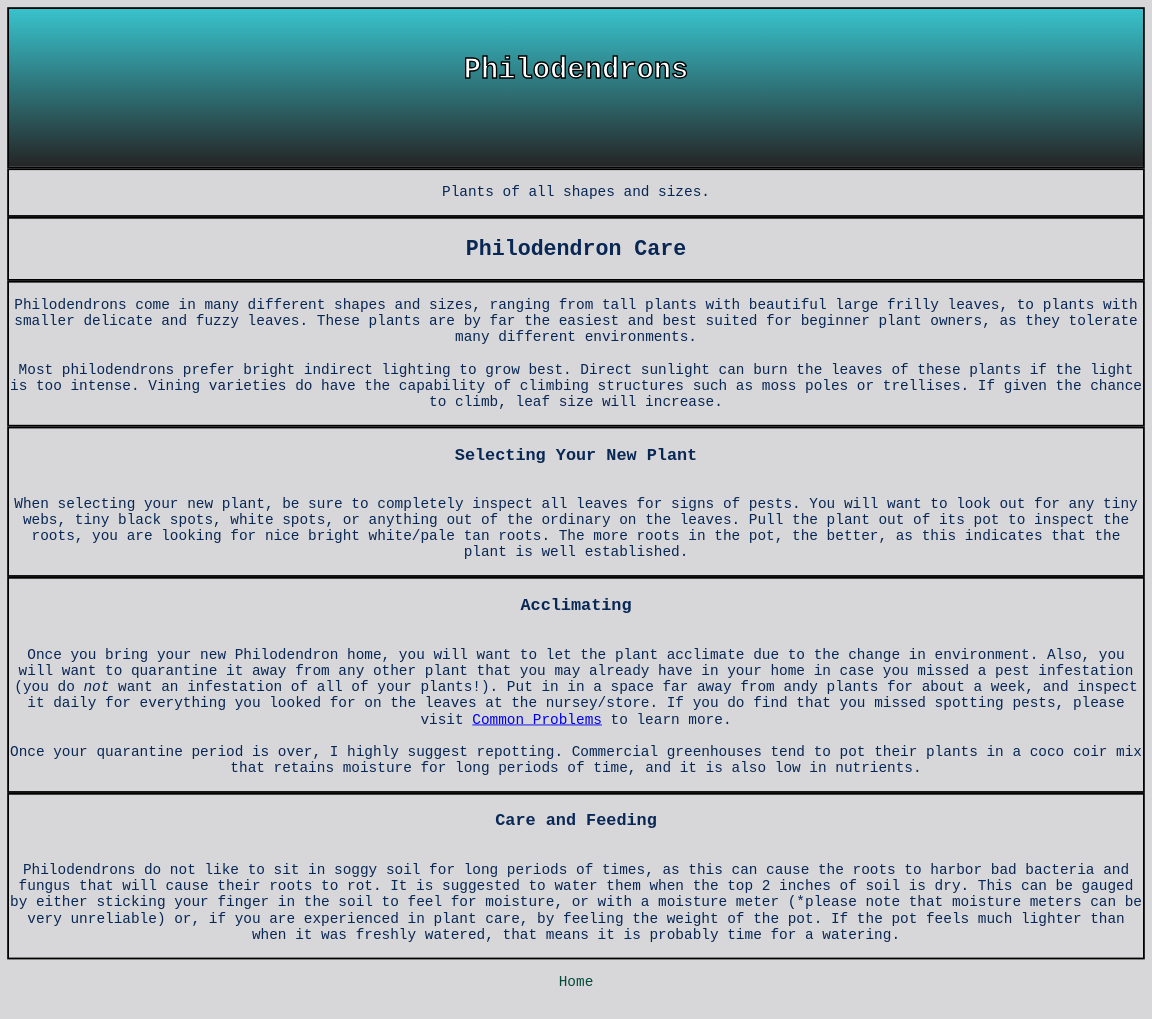
Repository: swillis91/odin-recipies
Page: Planty Page/philodendrons.html
An editor plug-in stored every save of this project. The page is shown before and after the next save, followed by the edit.
The browser window is 1280 px wide. The pictures show the whole page, at 90% of full size.

Above is the page before, as saved 2023-08-14 23:55:03.

After the next save:
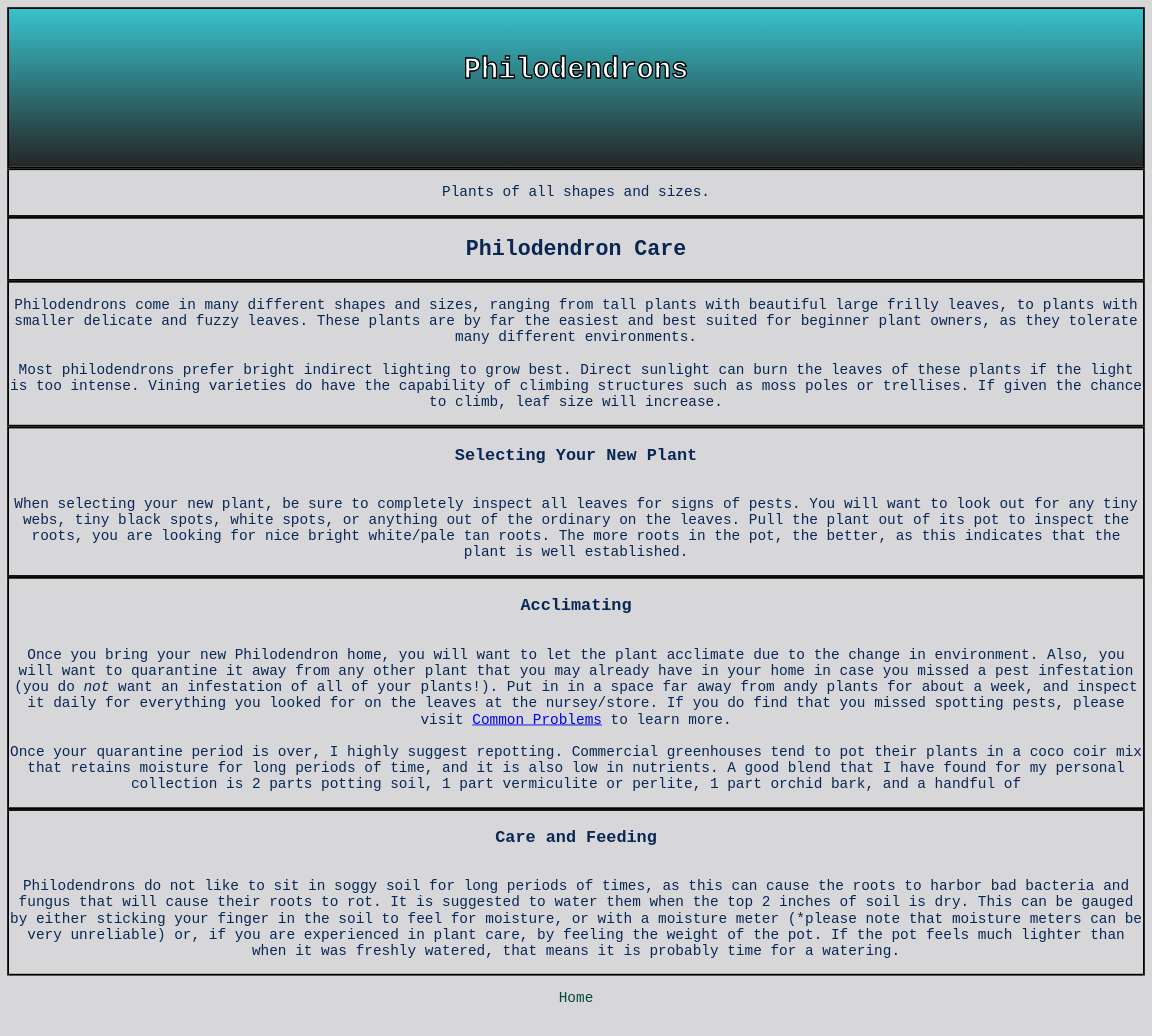
Saved 73 s later.
--- a/Planty Page/philodendrons.html
+++ b/Planty Page/philodendrons.html
@@ -28,7 +28,7 @@
                 <h3>Acclimating</h3>
                 <p>Once you bring your new Philodendron home, you will want to let the plant acclimate due to the change in environment. Also, you will want to quarantine it away from any other plant that you may already have in your home in case you missed a pest infestation (you do <em>not</em> want an infestation of all of your plants!). Put in in a space far away from andy plants for about a week, and inspect it daily for everything you looked for on the leaves at the nursey/store. If you do find that you missed spotting pests, please visit <a href='./problems'>Common Problems</a> to learn more.
                 <br><br>
-                Once your quarantine period is over, I highly suggest repotting. Commercial greenhouses tend to pot their plants in a coco coir mix that retains moisture for long periods of time, and it is also low in nutrients.</p>
+                Once your quarantine period is over, I highly suggest repotting. Commercial greenhouses tend to pot their plants in a coco coir mix that retains moisture for long periods of time, and it is also low in nutrients. A good blend that I have found for my personal collection is 2 parts potting soil, 1 part vermiculite or perlite, 1 part orchid bark, and a handful of </p>
             </div>
             <div class="box">
                 <h3>Care and Feeding</h3>
